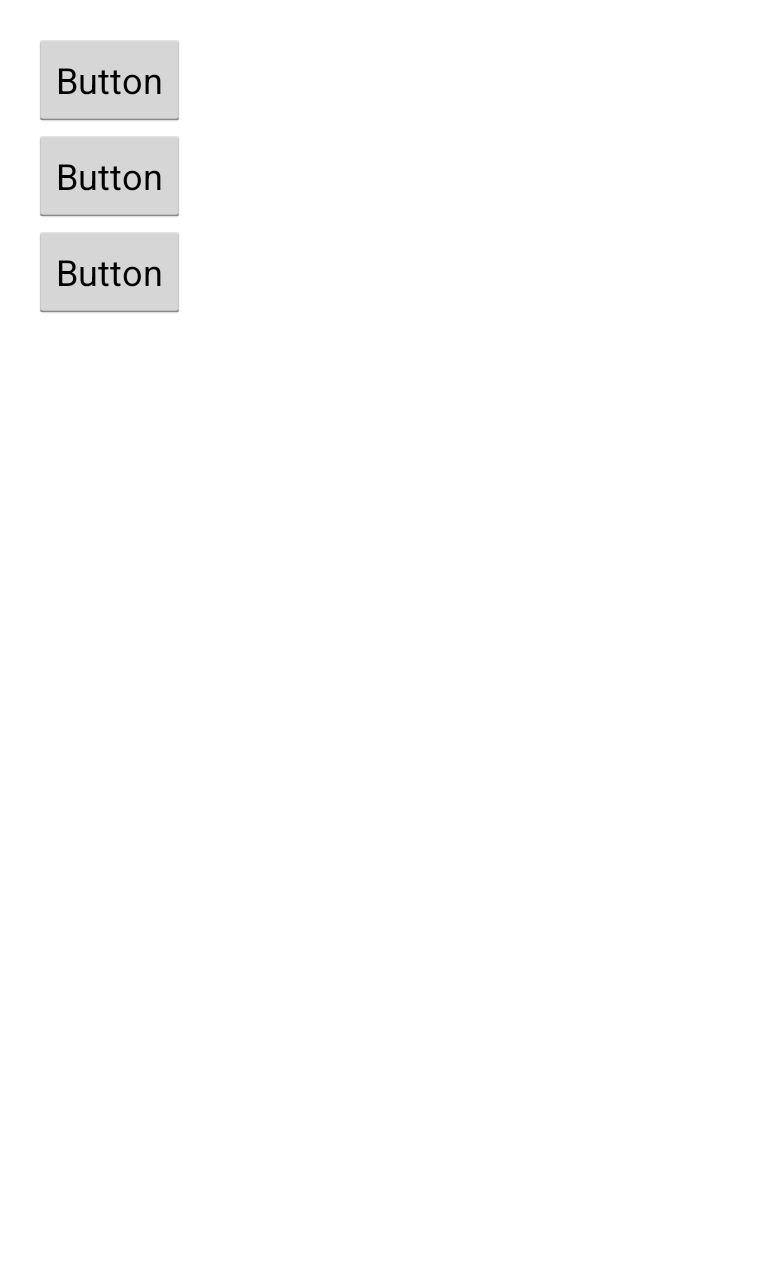
Repository: adrish00/android_learning
Layout: Demo001LinearLayoutExample/res/layout/activity_demo001_main.xml
These files come from the project's save history. The layout is drawn as it stood at one moment and after the next save; the edit follows.
It is drawn on a 768 x 1280 px phone screen (xhdpi) without system bars, with theme AppTheme; the app's code is not run.

Above is the layout before, as saved 2015-09-04 23:06:52.

After the next save:
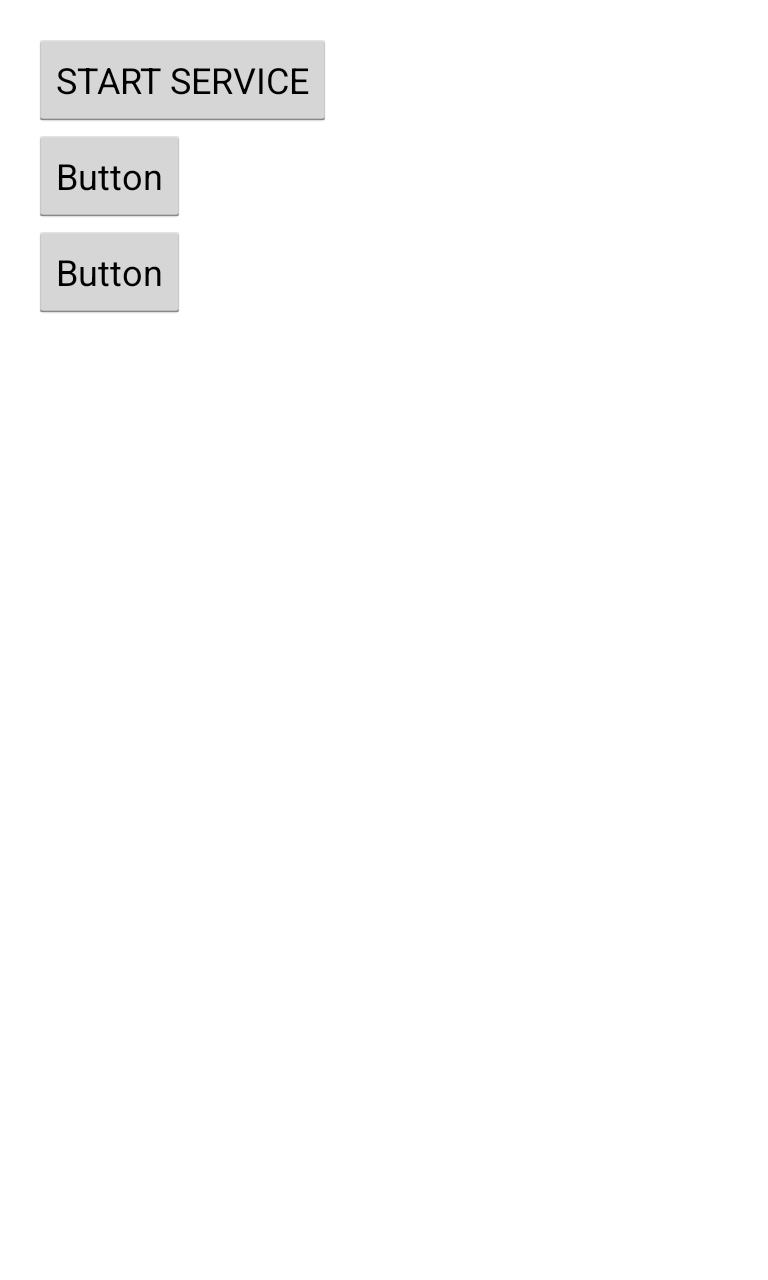
Saved 9 s later.
--- a/Demo001LinearLayoutExample/res/layout/activity_demo001_main.xml
+++ b/Demo001LinearLayoutExample/res/layout/activity_demo001_main.xml
@@ -14,7 +14,7 @@
         android:id="@+id/button1"
         android:layout_width="wrap_content"
         android:layout_height="wrap_content"
-        android:text="Button" />
+        android:text="@string/btn1" />
 
     <Button
         android:id="@+id/button2"
